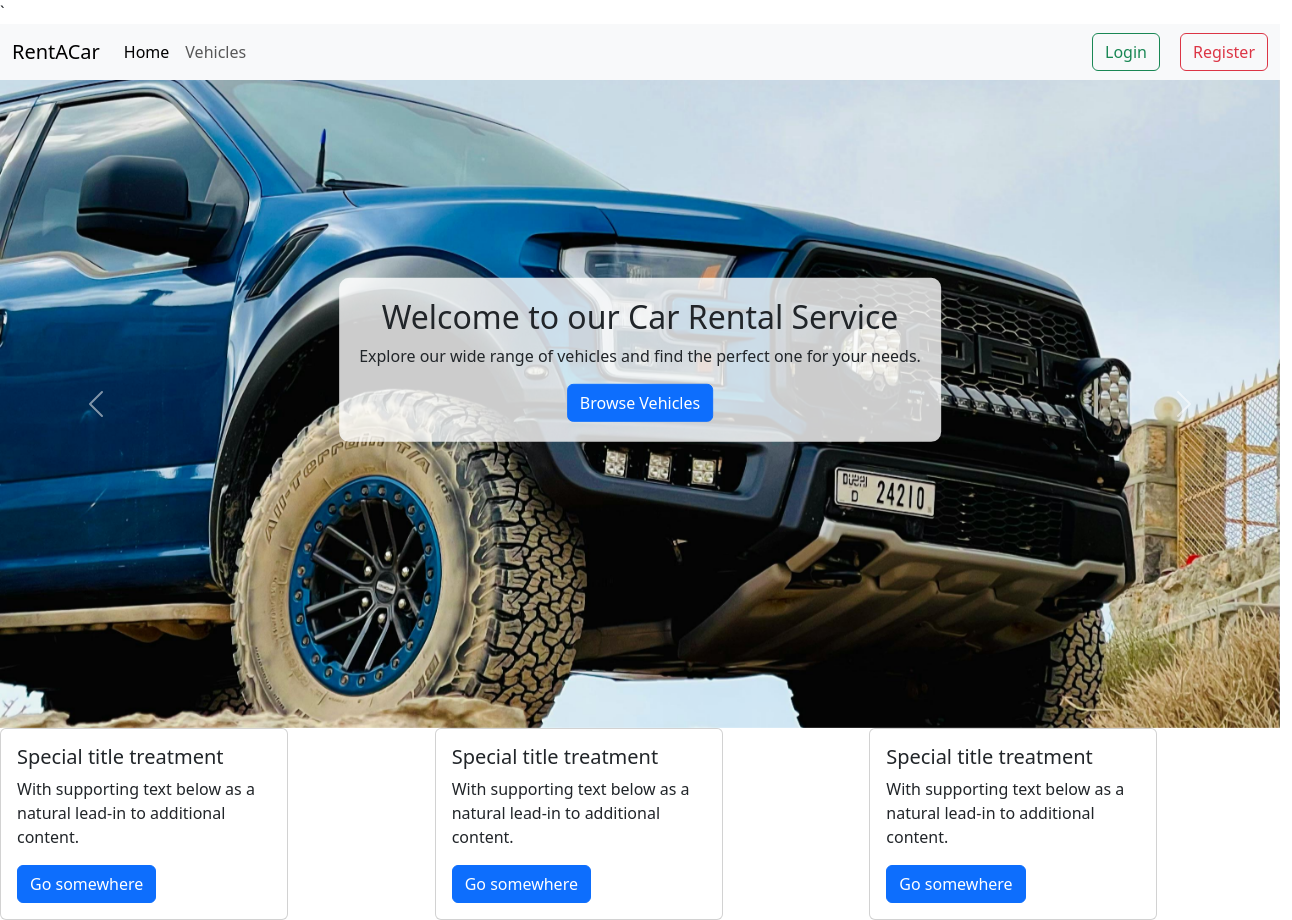
Repository: VimashaVishvani/VehicleRental
Page: http://localhost/Vehicle_rentalDb/
The author's editor kept a copy of each file at every save. The page is drawn from the files as they stood at one save, then again after the next save.
The browser window is 1280 px wide. The page is 1292 px wide, then 1280 px, so the pictures cover 1292 px, including what lies to the right of the window. The pictures show the whole page.
The page is served by Tomcat 9.

Above is the page before, as saved 2024-05-04 19:27:49.

After the next save:
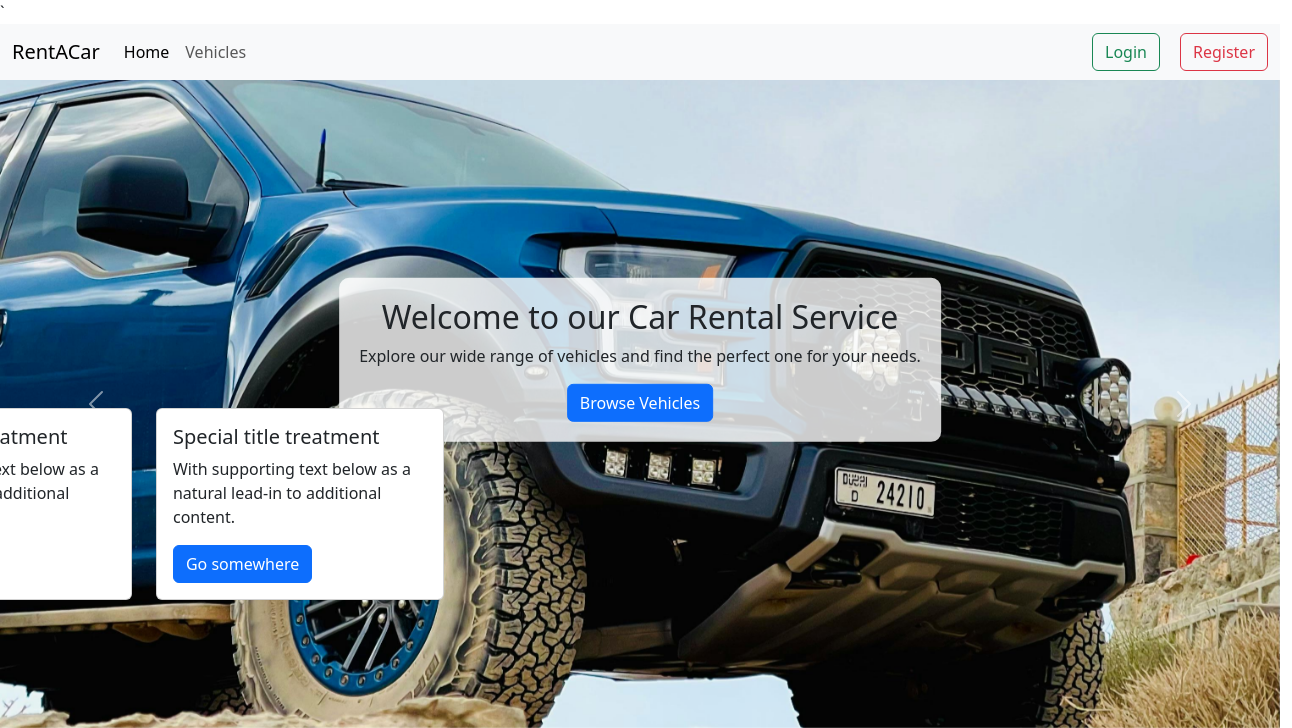
Saved 50 s later.
--- a/Vehicle_rentalDb/src/main/webapp/index.jsp
+++ b/Vehicle_rentalDb/src/main/webapp/index.jsp
@@ -27,6 +27,14 @@
 }
 .carousel{
     z-index:1;
+}
+.row{
+position: absolute;
+    top: 70%;
+
+    transform: translate(-50%, -50%);
+    z-index: 1000;
+
 }
 
 
